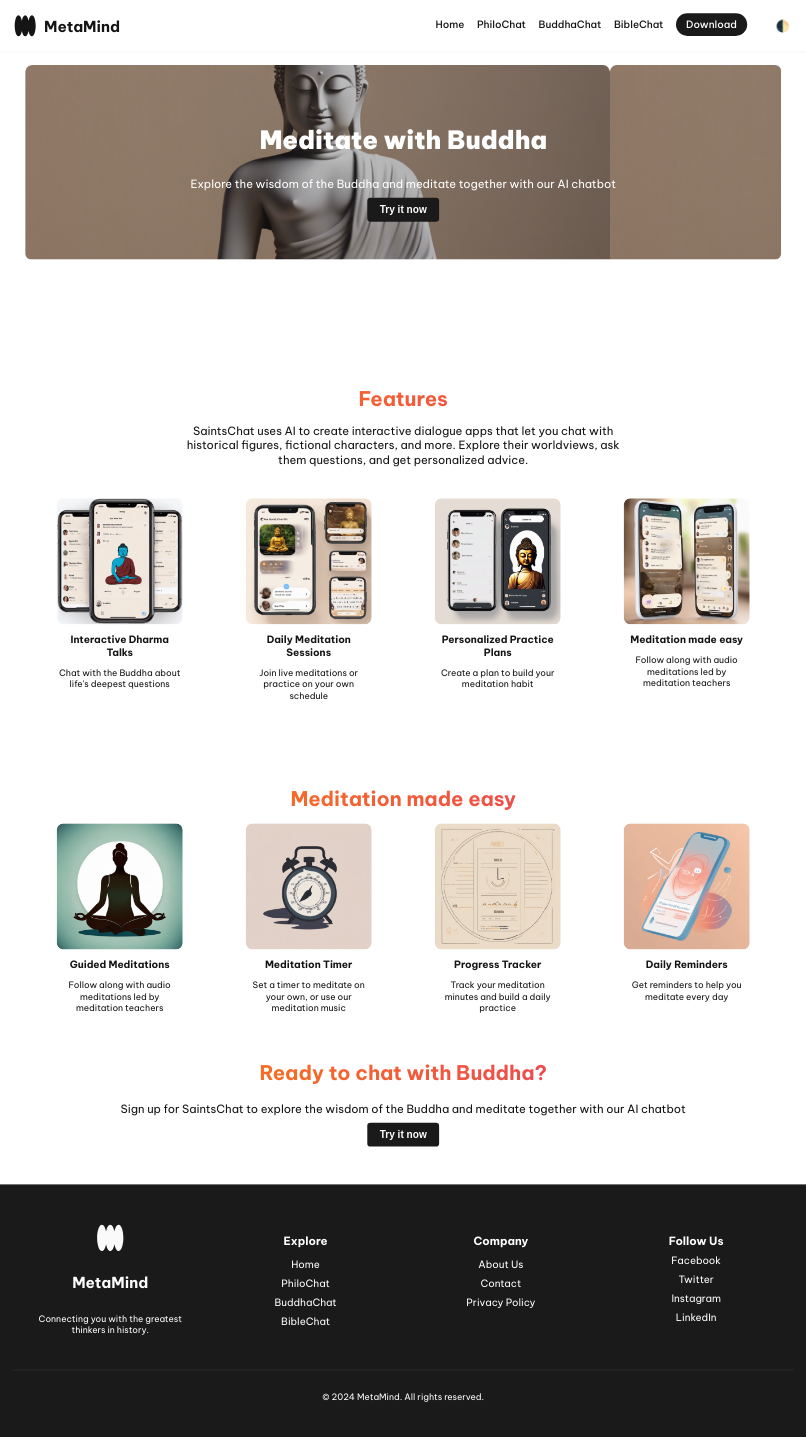
Repository: HSfac/EthosMindWeb
Page: /buddhachats
These files come from the project's save history. The page is drawn as it stood at one moment and after a run of saves; the edit follows.
The browser window is 1280 px wide. The pictures show the whole page, at 63% of full size.
The project was rebuilt for these pictures with package versions that can differ from the ones it lists, and the page was loaded fresh each time. Also part of the build but not shown: src/pages/Home.css, src/pages/Home.jsx, src/pages/SaintsChat.css, src/pages/SaintsChat.jsx, src/pages/BibleChat.jsx, src/pages/Download.css, src/pages/Download.jsx.

Above is the page before, as saved 2024-07-22 00:08:25.

After the next 3 saves:
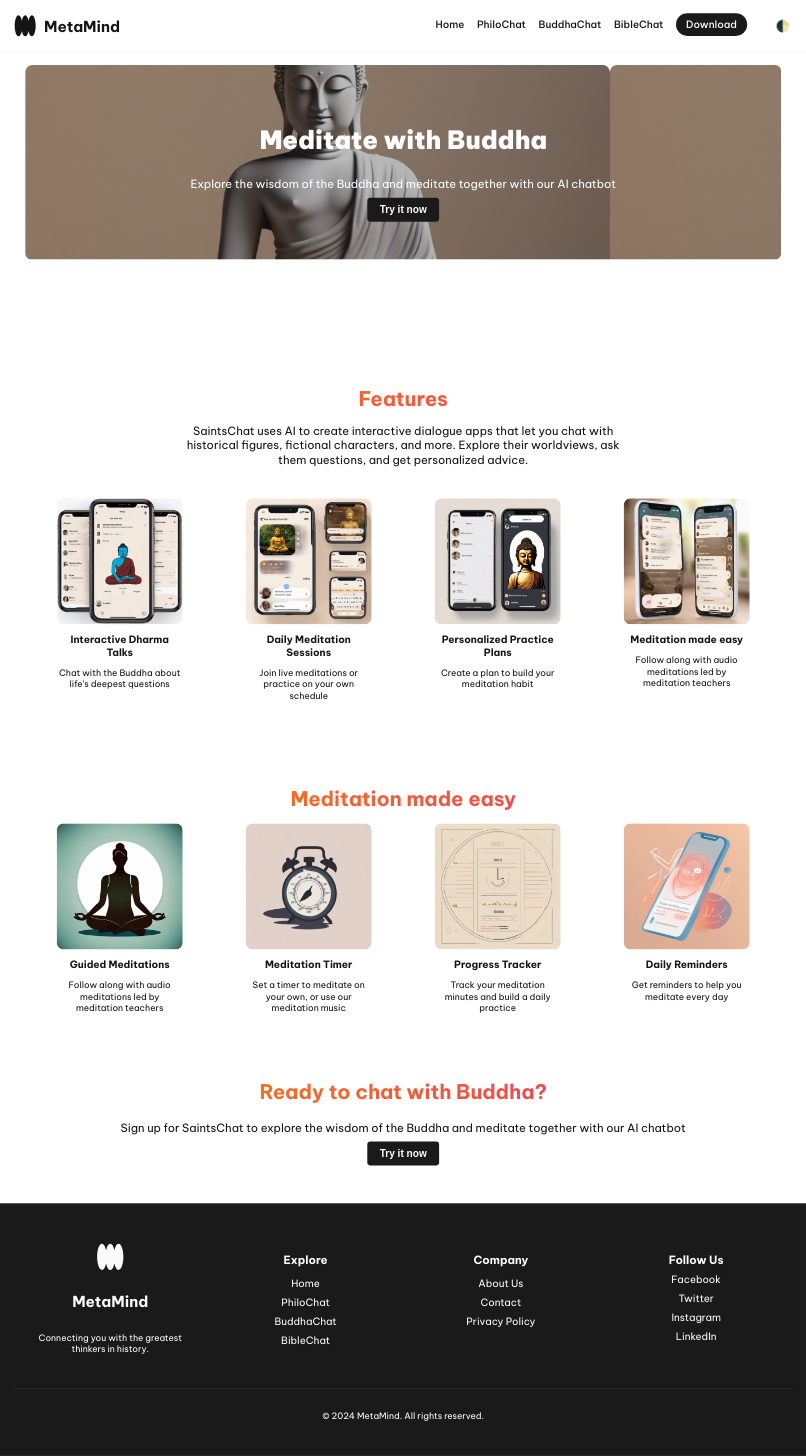
The 3 saves are shown as one change because they came seconds apart.
The last was saved 11 s later.
--- a/src/pages/BuddhaChat.css
+++ b/src/pages/BuddhaChat.css
@@ -91,6 +91,7 @@
 .buddha-meditation {
   margin: 40px 0;
   margin-top: 100px;
+  margin-bottom: 70px;
 }
 
 .buddha-meditation-cards {
